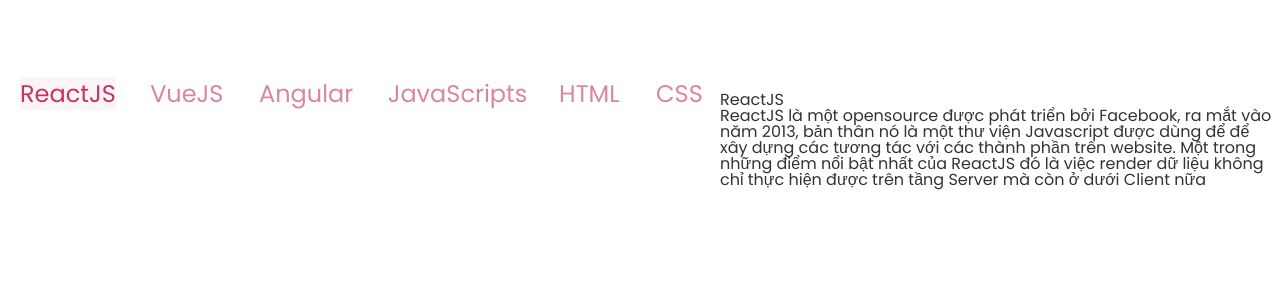
Repository: HoangLong0210/TabsUI
Page: index.html
An editor plug-in stored every save of this project. The page is shown before and after the next save, followed by the edit.
The browser window is 1280 px wide. The pictures show the whole page.
The pointer rests on the first visible `.fab`.

Above is the page before, as saved 2022-05-16 11:31:30.

### index.html
<!DOCTYPE html>
<html lang="en">
<head>
    <meta charset="UTF-8">
    <meta http-equiv="X-UA-Compatible" content="IE=edge">
    <meta name="viewport" content="width=device-width, initial-scale=1.0">
    <title>Tabs UI</title>
    <link rel="stylesheet" href="./reset.css" />
    <link rel="stylesheet" href="./style.css" />
    <link rel="preconnect" href="https://fonts.googleapis.com" />
    <link rel="preconnect" href="https://fonts.gstatic.com" crossorigin />
    <link
      href="https://fonts.googleapis.com/css2?family=Poppins:ital,wght@0,300;0,400;1,700&display=swap"
      rel="stylesheet"
    />
</head>
<body>
    <!-- tabs item -->
    <div class="tabs">
        <div class="tab__item active">
            <i class="fab fa-react">ReactJS</i>
        </div>
        <div class="tab__item">
            <i class="fab fa-vuejs">VueJS</i>
        </div>
        <div class="tab__item">
            <i class="fab fa-angular">Angular</i>
        </div>
        <div class="tab__item">
            <i class="fab fa-js">JavaScripts</i>
        </div>
        <div class="tab__item">
            <i class="fab fa-html5">HTML</i>
        </div>
        <div class="tab__item">
            <i class="fab fa-css3">CSS</i>
        </div>
        <div class="line"></div>
    </div>


    <!-- tabs content -->
    <div class="content">
        <div class="content__description active">
            <h2>ReactJS</h2>
            <p>ReactJS là một opensource được phát triển bởi Facebook, ra mắt vào năm 2013, bản thân nó là một thư viện Javascript được dùng để để xây dựng các tương tác với các thành phần trên website. Một trong những điểm nổi bật nhất của ReactJS đó là việc render dữ liệu không chỉ thực hiện được trên tầng Server mà còn ở dưới Client nữa</p>
        </div>
        <div class="content__description">
            <h2>VueJS</h2>
            <p>VueJS là một framework linh động dùng để xây dựng giao diện người dùng. Khác với các framework nguyên khối, Vue được thiết kế từ đầu theo hướng cho phép và khuyến khích việc phát triển ứng dụng theo các bước</p>
        </div>
        <div class="content__description">
            <h2>Angular</h2>
            <p>Angular là một JavaScript framework dùng để viết giao diện web (Front-end), được phát triển bởi Google</p>
        </div>
        <div class="content__description">
            <h2>JavaScripts</h2>
            <p>JavaScripts là một ngôn ngữ lập trình thông dịch được phát triển từ các ý niệm nguyên mẫu</p>
        </div>
        <div class="content__description">
            <h2>HTML</h2>
            <p>HTML là một ngôn ngữ đánh dấu được thiết kế ra để tạo nên các trang web trên World Wide Web. Nó có thể được trợ giúp bởi các công nghệ như CSS và các ngôn ngữ kịch bản giống như JavaScript</p>
        </div>
        <div class="content__description">
            <h2>CSS</h2>
            <p>CSS là chữ viết tắt của Cascading Style Sheets, nó là một ngôn ngữ được sử dụng để tìm và định dạng lại các phần tử được tạo ra bởi các ngôn ngữ đánh dấu (HTML)</p>
        </div>
    </div>
</body>
</html>

### style.css
* {
  padding: 0;
  margin: 0;
  box-sizing: border-box;
}

html {
  font-size: 62.5%;
}

body {
  display: flex;
  font-family: "Poppins", sans-serif;
  font-size: 1.6rem;
}

body > div {
  margin: 5% auto 0;
  max-width: 720px;
}

.tabs {
  display: flex;
  position: relative;
}

.tabs .line {
  position: absolute;
  left: 0;
  bottom: 0;
  width: 0;
  height: 6px;
  border-radius: 15px;
  background-color: #c23564;
  transition: all 0.2s ease;
}

.tab__item {
  min-width: 80px;
  padding: 16px 20px 11px 20px;
  font-size: 20px;
  text-align: center;
  color: #c23564;
  background-color: #fff;
  border-top-left-radius: 5px;
  border-top-right-radius: 5px;
  border-bottom: 5px solid transparent;
  opacity: 0.6;
  cursor: pointer;
  transition: all 0.5s ease;
}

.fab {
  font-size: 24px;
  width: 32px;
  position: relative;
  top: 2px;
}

.fab:hover {
  opacity: 1;
  background-color: rgba(194, 53, 100, 0.05);
  border-color: rgba(194, 53, 100, 0.1);
}

.tab__item.active {
  opacity: 1;
}

.content {
  padding: 28px 0;
}

.content__description {
  color: #333;
  display: none;
}

.content__description.active {
  display: block;
}

.tab__item h2 {
  font-size: 24px;
  margin-bottom: 8px;
}

Loaded but not shown: reset.css (common file)

After the next save:
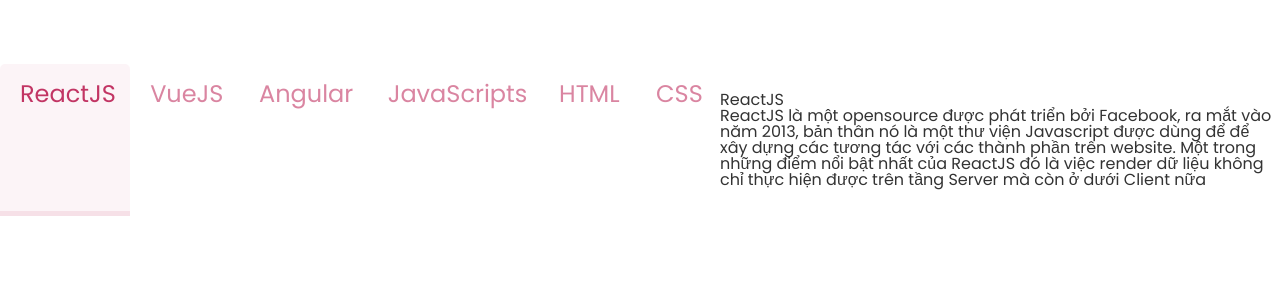
Saved 75 s later.
--- a/style.css
+++ b/style.css
@@ -57,7 +57,7 @@
   top: 2px;
 }
 
-.fab:hover {
+.tab__item:hover {
   opacity: 1;
   background-color: rgba(194, 53, 100, 0.05);
   border-color: rgba(194, 53, 100, 0.1);
